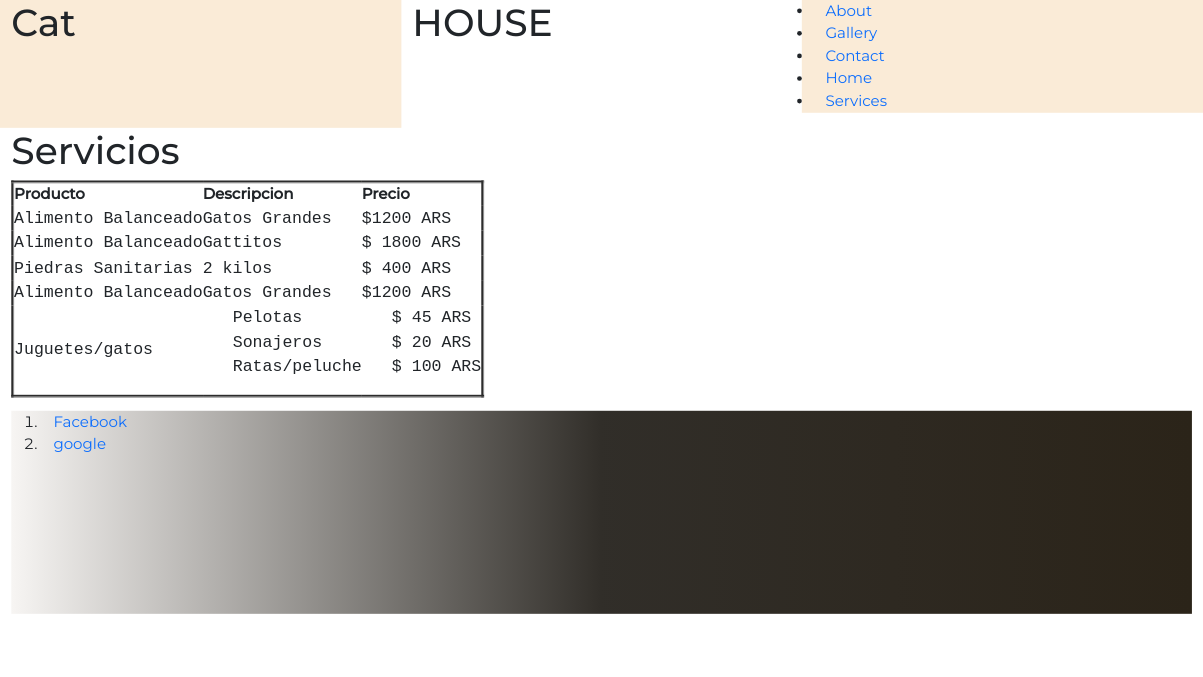
Repository: raul4264/final
Page: Services.html
The author's editor kept a copy of each file at every save. The page is drawn from the files as they stood at one save, then again after the next save.
The browser window is 1280 px wide. The pictures show the whole page, at 94% of full size.

Above is the page before, as saved 2021-04-02 12:03:52.

After the next save:
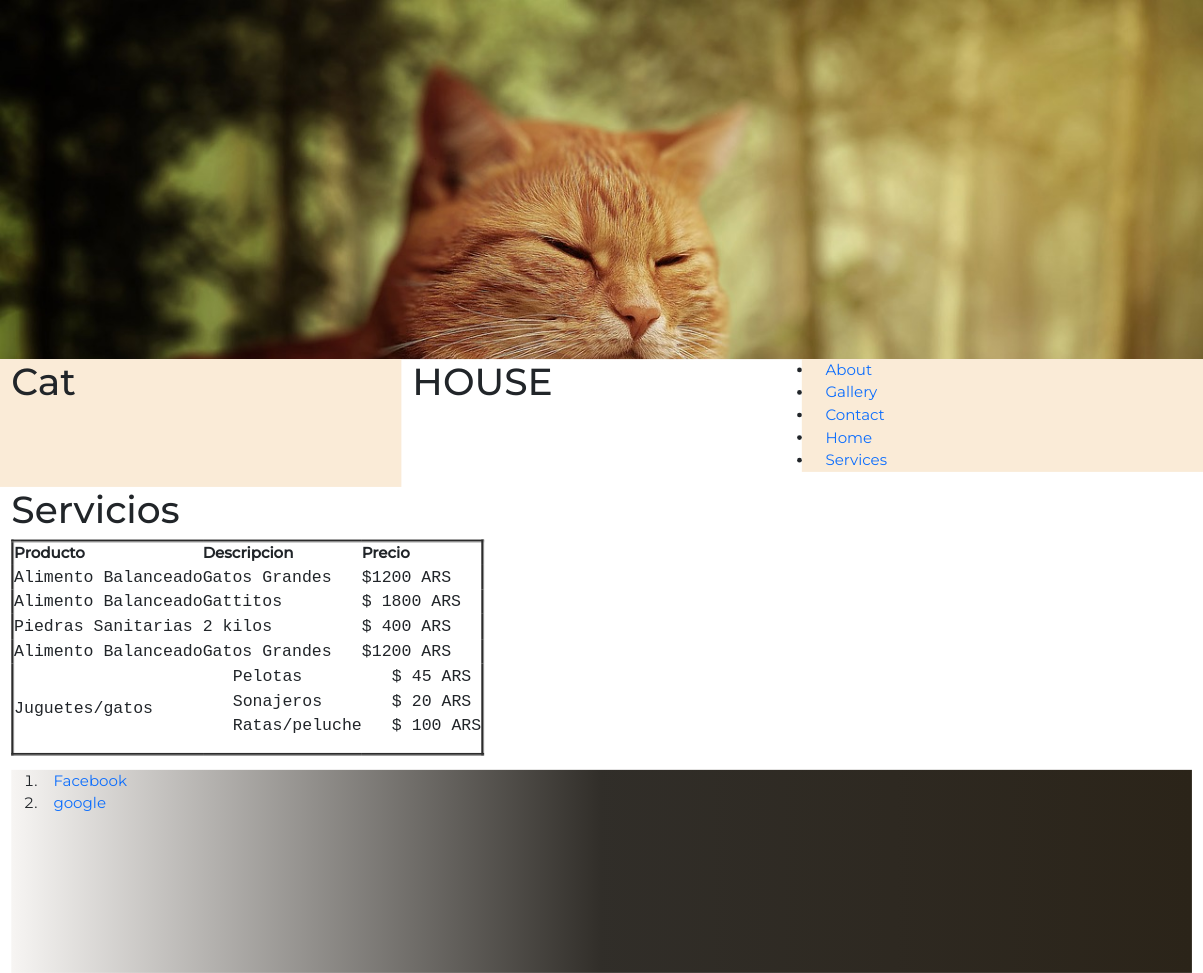
Saved 25 s later.
--- a/Services.html
+++ b/Services.html
@@ -9,7 +9,7 @@
  .color1{
      background-color: antiquewhite;
  }
- .color{
+ .color1{
      background-color: antiquewhite;
  }
  .color3{
@@ -31,9 +31,9 @@
     <body>
 
         <header>
-          <!--   <div class="banner">
+            <div class="banner">
 
-                <nav id="nav">
+             <!--    <nav id="nav">
 
                     <div class="item1">
                         <h1>Cat</h1>
